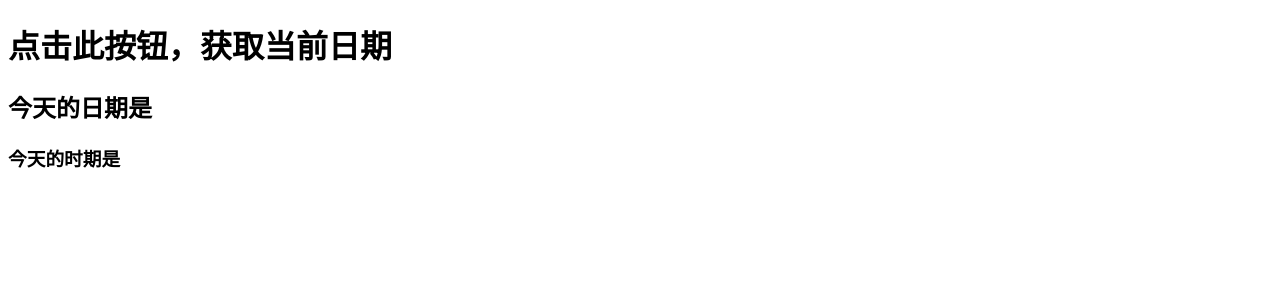
Repository: zhongmoumou/Codes
Page: 测试.html
The author's editor kept a copy of each file at every save. The page is drawn from the files as they stood at one save, then again after the next save.
The browser window is 1280 px wide. The pictures show the whole page.

Above is the page before, as saved 2021-12-08 00:03:30.

### 测试.html
<!DOCTYPE html>
<html lang="en">
<head>
  <meta charset="UTF-8">
  <meta http-equiv="X-UA-Compatible" content="IE=edge">
  <meta name="viewport" content="width=device-width, initial-scale=1.0">
  <title>Document</title>
  <script src="测试.js"></script>
</head>
<body>
  <h1 id="btn1">点击此按钮，获取当前日期</h1>
  <h2 id="btn2">今天的日期是</h2>
  <h3 id="btn3">今天的时期是</h3>

  <script>
    // 获取事件源：
    let btn1 = document.getElementById('btn1');

    //确定事件类型、完成事件处理程序：
    btn1.onclick = function() {
      btn2.innerText = getDate();
    }

    // 该函数的作用是返回当前日期（年/月/日/星期）
    function getDate() {
      let date = new Date();

      let year = date.getFullYear();
      let month = date.getMonth() + 1;
      let dates = date.getDate();

      let week = ['星期日', '星期一', '星期二', '星期三', '星期四', '星期五', '星期六'];
      let day = date.getDay();

      return '今天是：' + year + '年' + month + '月' + dates + '日 ' + week[day] + ' ' + getTime()
    }

    function getTime() {
      let time = new Date();

      let hour = time.getHours();
      if (hour < 10) {
        hour = '0' + hour;  // 当时小于10的时候，前面加个0
      };
      // 可以用三元表达式：hour = hour < 10 ? '0' + hour : hour;

      let minutes = time.getMinutes();
      if (minutes < 10) {
        minutes = '0' + minutes;  // 当分小于10的时候，前面加个0
      };
      // 可以用三元表达式：minutes = minutes < 10 ? '0' + minutes : minutes;

      let seconds = time.getSeconds();
      if (seconds < 10) {
        seconds = '0' + seconds;  // 当秒小于10的时候，前面加个0
      };
      // 可以用三元表达式：seconds = seconds < 10 ? '0' + seconds : seconds;

      return hour + ':' + minutes + ':' + seconds
    }

  </script>
</body>
</html>

### 测试.js
let now = new Date();  // 语法结构

console.log(now);  // 输出：当前的日期和时间

After the next save:
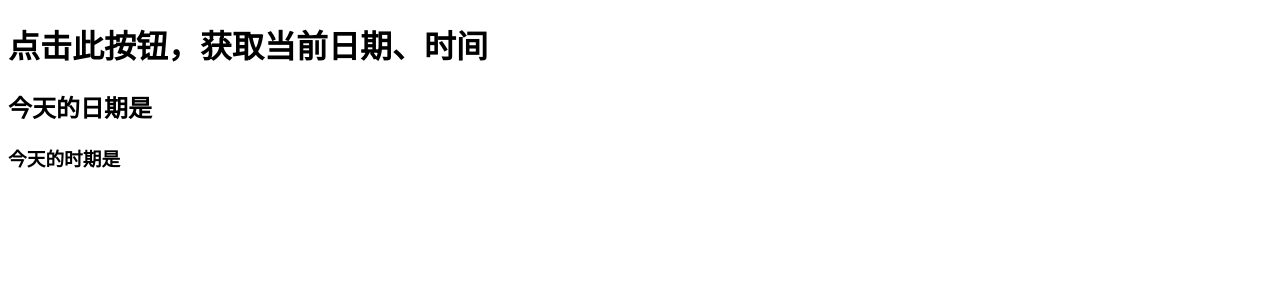
Saved 26 s later.
--- a/测试.html
+++ b/测试.html
@@ -8,7 +8,7 @@
   <script src="测试.js"></script>
 </head>
 <body>
-  <h1 id="btn1">点击此按钮，获取当前日期</h1>
+  <h1 id="btn1">点击此按钮，获取当前日期、时间</h1>
   <h2 id="btn2">今天的日期是</h2>
   <h3 id="btn3">今天的时期是</h3>
 
